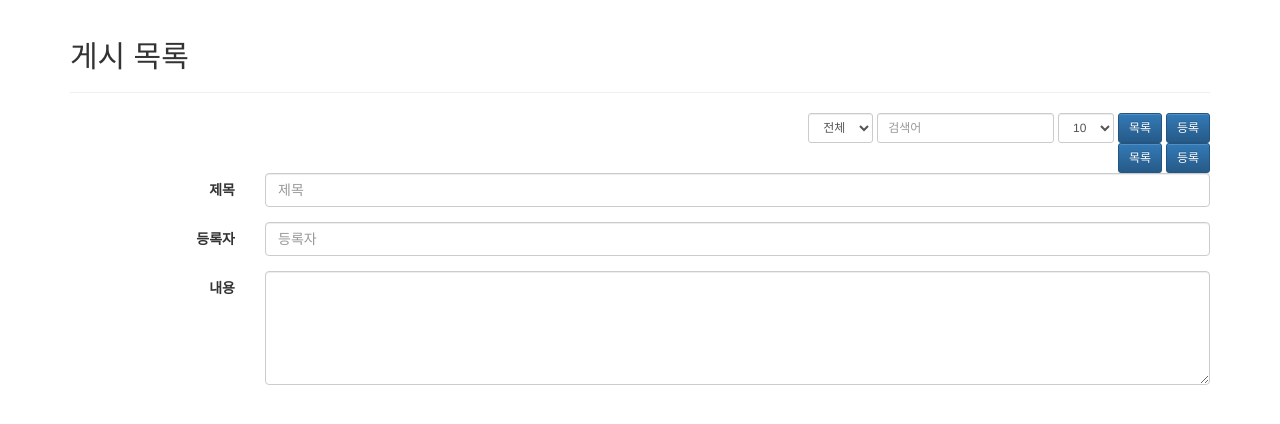
Repository: kimjoohye/study_WEB
Page: workspace/studyhtml5/WebContent/bootstrap/boot_list.html
The author's editor kept a copy of each file at every save. The page is drawn from the files as they stood at one save, then again after the next save.
The browser window is 1280 px wide. The pictures show the whole page.

Above is the page before, as saved 2022-05-24 06:18:28.

### workspace/studyhtml5/WebContent/bootstrap/boot_list.html
<!-- Html comment -->
<!DOCTYPE html>
<html>
<head>
<meta name="viewport" content="width=device-width,initial-scale=1.0">
<meta charset="UTF-8">
<!-- bootstrap CDN -->
<!-- 합쳐지고 최소화된 최신 CSS -->
<link rel="stylesheet" href="https://maxcdn.bootstrapcdn.com/bootstrap/3.3.2/css/bootstrap.min.css">

<!-- 부가적인 테마 -->
<link rel="stylesheet" href="https://maxcdn.bootstrapcdn.com/bootstrap/3.3.2/css/bootstrap-theme.min.css">

<!-- jquery lib: bootstrap.min.js보다 항상 먼저 와야 한다. -->
<script
  src="https://code.jquery.com/jquery-1.12.4.js"
  integrity="sha256-Qw82+bXyGq6MydymqBxNPYTaUXXq7c8v3CwiYwLLNXU="
  crossorigin="anonymous"></script>

<!-- 합쳐지고 최소화된 최신 자바스크립트 -->
<script src="https://maxcdn.bootstrapcdn.com/bootstrap/3.3.2/js/bootstrap.min.js"></script>



<!-- 스타일 시트 -->
<style type="text/css">

</style>

<title>Insert title here</title>
<!-- 자바스크립트 코드 -->
<script type="text/javascript">

</script>

</head>
<body>
    <!-- div container -->
    <div class="container">
        <!-- 제목 -->
        <div class="page-header">
            <h2>게시 목록</h2>
        </div>
        <!--// 제목 ----------------------------->

        <!-- 검색영역 -->
        <div class="row">
            <form action="#" class="form-inline col-sm-12 col-md-12 col-lg-12 text-right">
                <div class="form-group">
                    <select class="form-control input-sm">
                        <option value="">전체</option>
                        <option value="10">제목</option>
                        <option value="20">내용</option>
                    </select>
                    <input type="text" class="form-control input-sm" placeholder="검색어">
                    <select class="form-control input-sm">
                        <option value="10">10</option>
                        <option value="20">20</option>
                        <option value="30">30</option>
                    </select>
		                <input type="button" class="btn btn-primary btn-sm" value="목록">
		                <input type="button" class="btn btn-primary btn-sm" value="등록">
                </div>
            </form>
        </div>
        <!--// 검색영역 ----------------------------->

        <!-- 버튼 -->
        <div class="row text-right">
            <label class="col-sm-3 col-md-2 col-lg-2"></label>
            <div class="col-sm-9 col-md-10 col-lg-10">
                <input type="button" class="btn btn-primary btn-sm" value="목록">
                <input type="button" class="btn btn-primary btn-sm" value="등록">
            </div>
        </div>
        <!--// 버튼 --------------------------------->

        <!-- form -->
        <form action="" class="form-horizontal">
            <div class="form-group">
                <label for="title" class="col-sm-3 col-md-2 col-lg-2 control-label">제목</label>
                <div class="col-sm-9 col-md-10 col-lg-10">
                    <input type="text" maxlength="100" name="title" id="title" placeholder="제목" class="form-control">
                </div>
            </div>

            <div class="form-group">
                <label for="regId" class="col-sm-3 col-md-2 col-lg-2 control-label">등록자</label>
                <div class="col-sm-9 col-md-10 col-lg-10">
                    <input type="text" maxlength="100" name="regId" id="regId" placeholder="등록자" class="form-control">
                </div>
            </div>

           <!-- 내용 -->
            <div class="form-group">
                <label for="regId" class="col-sm-3 col-md-2 col-lg-2 control-label">내용</label>
                <div class="col-sm-9 col-md-10 col-lg-10">
                    <textarea rows="5" cols="20" name="contents" id="contents" class="form-control"></textarea>
                </div>
           </div>


        </form>
        <!-- form --------------------------------------------------->
    </div>


    <!--// div container ------------------------>
</body>
</html>

After the next save:
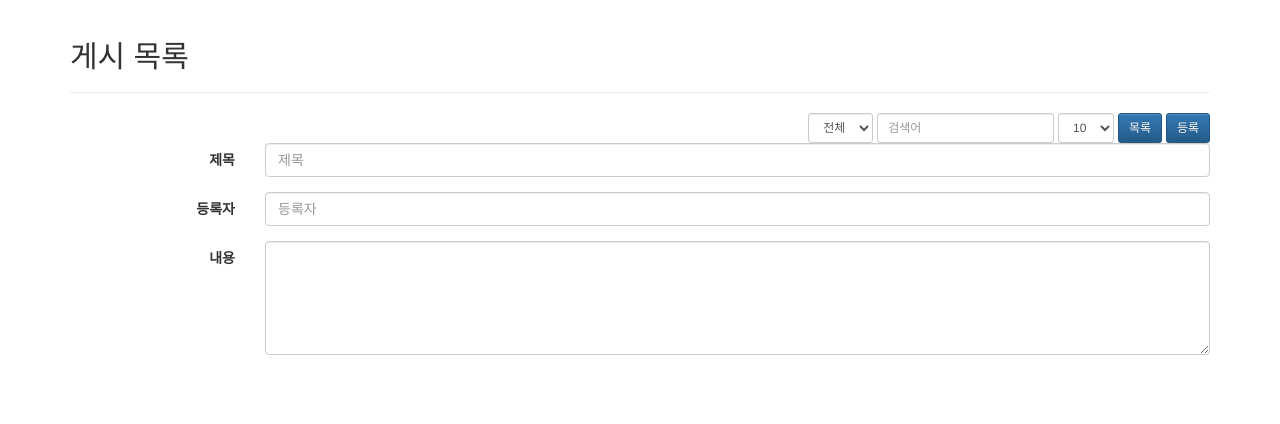
Saved 22 s later.
--- a/workspace/studyhtml5/WebContent/bootstrap/boot_list.html
+++ b/workspace/studyhtml5/WebContent/bootstrap/boot_list.html
@@ -65,16 +65,6 @@
         </div>
         <!--// 검색영역 ----------------------------->
 
-        <!-- 버튼 -->
-        <div class="row text-right">
-            <label class="col-sm-3 col-md-2 col-lg-2"></label>
-            <div class="col-sm-9 col-md-10 col-lg-10">
-                <input type="button" class="btn btn-primary btn-sm" value="목록">
-                <input type="button" class="btn btn-primary btn-sm" value="등록">
-            </div>
-        </div>
-        <!--// 버튼 --------------------------------->
-
         <!-- form -->
         <form action="" class="form-horizontal">
             <div class="form-group">
